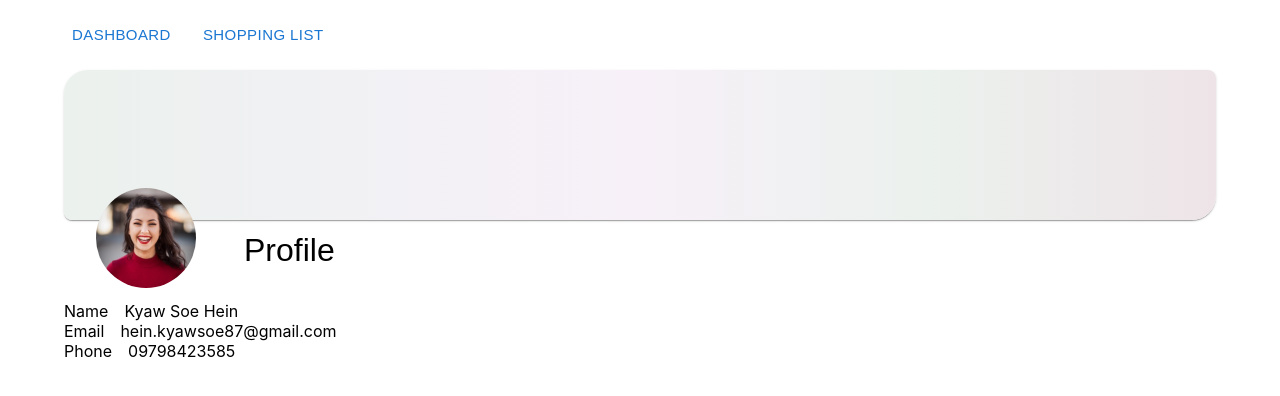
Repository: KyawSoeHein/GoogleAuthReact
Page: /
The author's editor kept a copy of each file at every save. The page is drawn from the files as they stood at one save, then again after the next save.
The browser window is 1280 px wide. The pictures show the whole page.
The project was rebuilt for these pictures with package versions that can differ from the ones it lists, and the page was loaded fresh each time.

Above is the page before, as saved 2022-02-14 20:13:20.

### src/index.tsx
import React from "react";
import ReactDOM from "react-dom";
import "./index.css";
import App from "./App";
import Dashboard from "./View/Dashboard";
import reportWebVitals from "./reportWebVitals";

ReactDOM.render(
  <React.StrictMode>
    <Dashboard />
  </React.StrictMode>,
  document.getElementById("root")
);

// If you want to start measuring performance in your app, pass a function
// to log results (for example: reportWebVitals(console.log))
// or send to an analytics endpoint. Learn more: https://bit.ly/CRA-vitals
reportWebVitals();

### src/View/Dashboard.tsx
import React from "react";
import { Container, Grid, Stack } from "@mui/material";
import MenuSelection from "../Components/MenuSelection";
import CoverAndProfilePhoto from "../Components/CoverAndProfilePhoto";

const Dashboard = () => {
  return (
    <Grid>
      <Container>
        <div style={{ marginTop: 16 }}>
          <MenuSelection />
        </div>

        <div style={{ marginTop: 16 }}>
          <CoverAndProfilePhoto />
        </div>

        <Stack direction={"row"} spacing={2}>
          <div>Name</div>
          <div>Kyaw Soe Hein</div>
        </Stack>

        <Stack direction={"row"} spacing={2}>
          <div>Email</div>
          <div>hein.kyawsoe87@gmail.com</div>
        </Stack>

        <Stack direction={"row"} spacing={2}>
          <div>Phone</div>
          <div>09798423585</div>
        </Stack>
      </Container>
    </Grid>
  );
};

export default Dashboard;

### src/Components/MenuSelection.tsx
import React from "react";
import { Button, Stack } from "@mui/material";
import "../App.css";

const MenuSelection = () => {
  const buttonFontSize = 15;

  return (
    <Stack direction={"row"} spacing={2}>
      <Button sx={{ fontSize: buttonFontSize, fontFamily: "sans-serif" }}>
        Dashboard
      </Button>
      <Button sx={{ fontSize: buttonFontSize, fontFamily: "sans-serif" }}>
        Shopping List
      </Button>
    </Stack>
  );
};

export default MenuSelection;

### src/Components/CoverAndProfilePhoto.tsx
import React from "react";
import { Avatar, Button, Paper, Stack } from "@mui/material";
import "../App.css";
import profile from "../images/profile.jpg";

const CoverAndProfilePhoto = () => {
  return (
    <div>
      <Paper
        elevation={1}
        sx={{
          height: 150,
          borderTopRightRadius: 8,
          borderTopLeftRadius: 24,
          borderBottomLeftRadius: 8,
          borderBottomRightRadius: 24,
          background:
            "linear-gradient(to right, rgb(235,241,237), rgb(241,241,244), rgb(247,240,248), rgb(235,241,237), rgb(238,228,232))",
        }}
      ></Paper>

      <div className="coverPhoto">
        <Avatar
          alt="Remy Sharp"
          src={profile}
          sx={{ width: 100, height: 100, marginTop: -4, marginLeft: 4 }}
        />
        <div style={{ marginLeft: 48, marginTop: -20 }}>
          <p className="profileTitle">Profile</p>
        </div>
      </div>
    </div>
  );
};

export default CoverAndProfilePhoto;

### src/App.css
.App {
  text-align: center;
}

.App-logo {
  height: 40vmin;
  pointer-events: none;
}

@media (prefers-reduced-motion: no-preference) {
  .App-logo {
    animation: App-logo-spin infinite 20s linear;
  }
}

.App-header {
  background-color: #282c34;
  min-height: 100vh;
  display: flex;
  flex-direction: column;
  align-items: center;
  justify-content: center;
  font-size: calc(10px + 2vmin);
  color: white;
}

.App-link {
  color: #61dafb;
}

@keyframes App-logo-spin {
  from {
    transform: rotate(0deg);
  }
  to {
    transform: rotate(360deg);
  }
}

.profileTitle {
  font-size: 32px;
  font-family: sans-serif;
  /* font-weight: bold; */
}

.coverPhoto {
  display: flex;
  flex-direction: row;
  flex: 1;
}

Loaded but not shown: public/index.html (common file); src/index.css (common file); src/reportWebVitals.ts (common file)

After the next save:
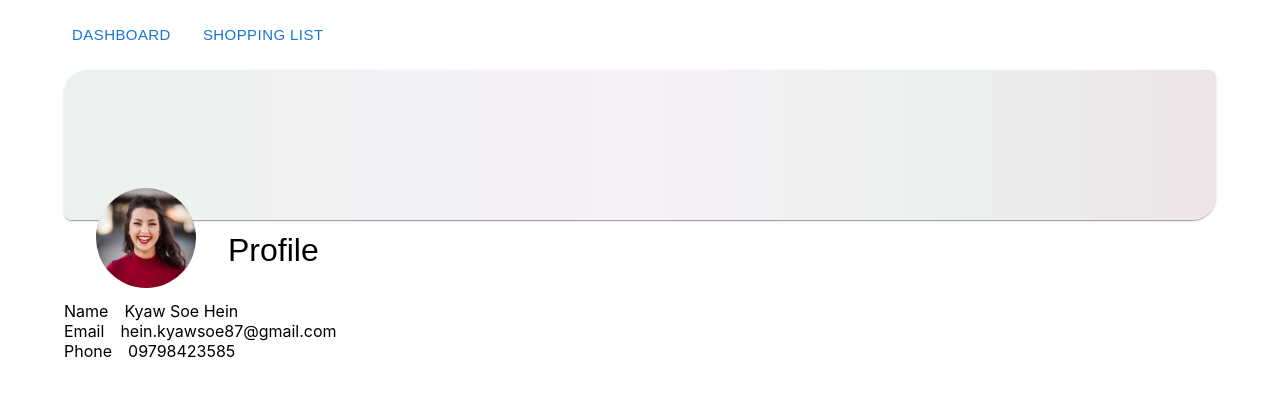
Saved 19 s later.
--- a/src/Components/CoverAndProfilePhoto.tsx
+++ b/src/Components/CoverAndProfilePhoto.tsx
@@ -25,7 +25,7 @@ const CoverAndProfilePhoto = () => {
           src={profile}
           sx={{ width: 100, height: 100, marginTop: -4, marginLeft: 4 }}
         />
-        <div style={{ marginLeft: 48, marginTop: -20 }}>
+        <div style={{ marginLeft: 32, marginTop: -20 }}>
           <p className="profileTitle">Profile</p>
         </div>
       </div>
